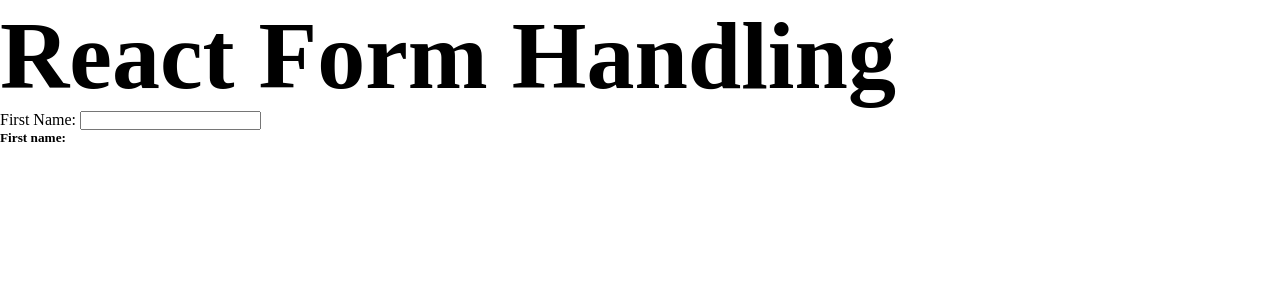
Repository: cakuang1/kanyequotes
Page: /
These files come from the project's save history. The page is drawn as it stood at one moment and after the next save; the edit follows.
The browser window is 1280 px wide. The pictures show the whole page.
The project was rebuilt for these pictures with package versions that can differ from the ones it lists, and the page was loaded fresh each time.

Above is the page before, as saved 2022-07-16 17:34:48.

### src/index.css
* {
    box-sizing: border-box;
    margin: 0;
    padding: 0;


}

h1 {
    font-size: 6rem;

}

.app {
    width: 100%;
    height: 100vh;
    background-color: black;
    color: aqua;
}

.app .bottom {
    display: flex;
    justify-content: space-evenly;
    text-align: center;
    border-radius:12px;
    background-color: rgba(255, 255, 255, 0.2);
}

### src/App.js
import axios from 'axios';
import React,{useState} from 'react';




function App() {

  const [fname, setFname] = useState("")

  return (
    <div>
      <h1>React Form Handling</h1>
      <form>
        <label>
          First Name: <input type="text" value={fname} />
        </label>
      </form>
      <h5>First name: {fname}</h5>
    </div>
  )
}


export default App;

Loaded but not shown: public/index.html (common file); src/index.js (common file)

After the next save:
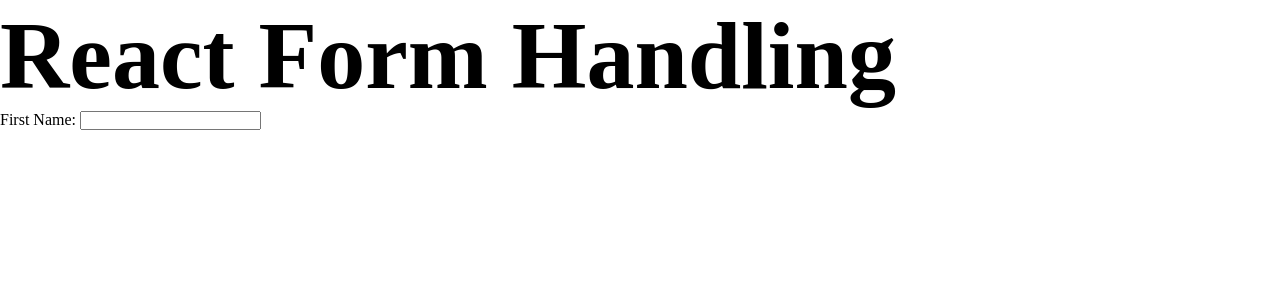
Saved 4 min 7 s later.
--- a/src/App.js
+++ b/src/App.js
@@ -5,18 +5,14 @@
 
 
 function App() {
-
-  const [fname, setFname] = useState("")
-
   return (
     <div>
       <h1>React Form Handling</h1>
       <form>
         <label>
-          First Name: <input type="text" value={fname} />
+          First Name: <input type="text" />
         </label>
       </form>
-      <h5>First name: {fname}</h5>
     </div>
   )
 }

After the save that followed:
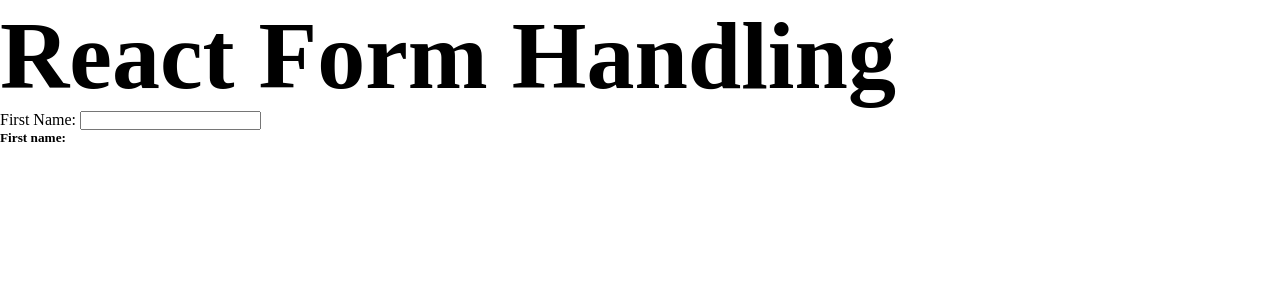
Saved 93 s later.
--- a/src/App.js
+++ b/src/App.js
@@ -5,14 +5,17 @@
 
 
 function App() {
+  const [fname, setFname] = useState("")
+
   return (
     <div>
       <h1>React Form Handling</h1>
       <form>
         <label>
-          First Name: <input type="text" />
+          First Name: <input type="text" value={fname} />
         </label>
       </form>
+      <h5>First name: {fname}</h5>
     </div>
   )
 }
